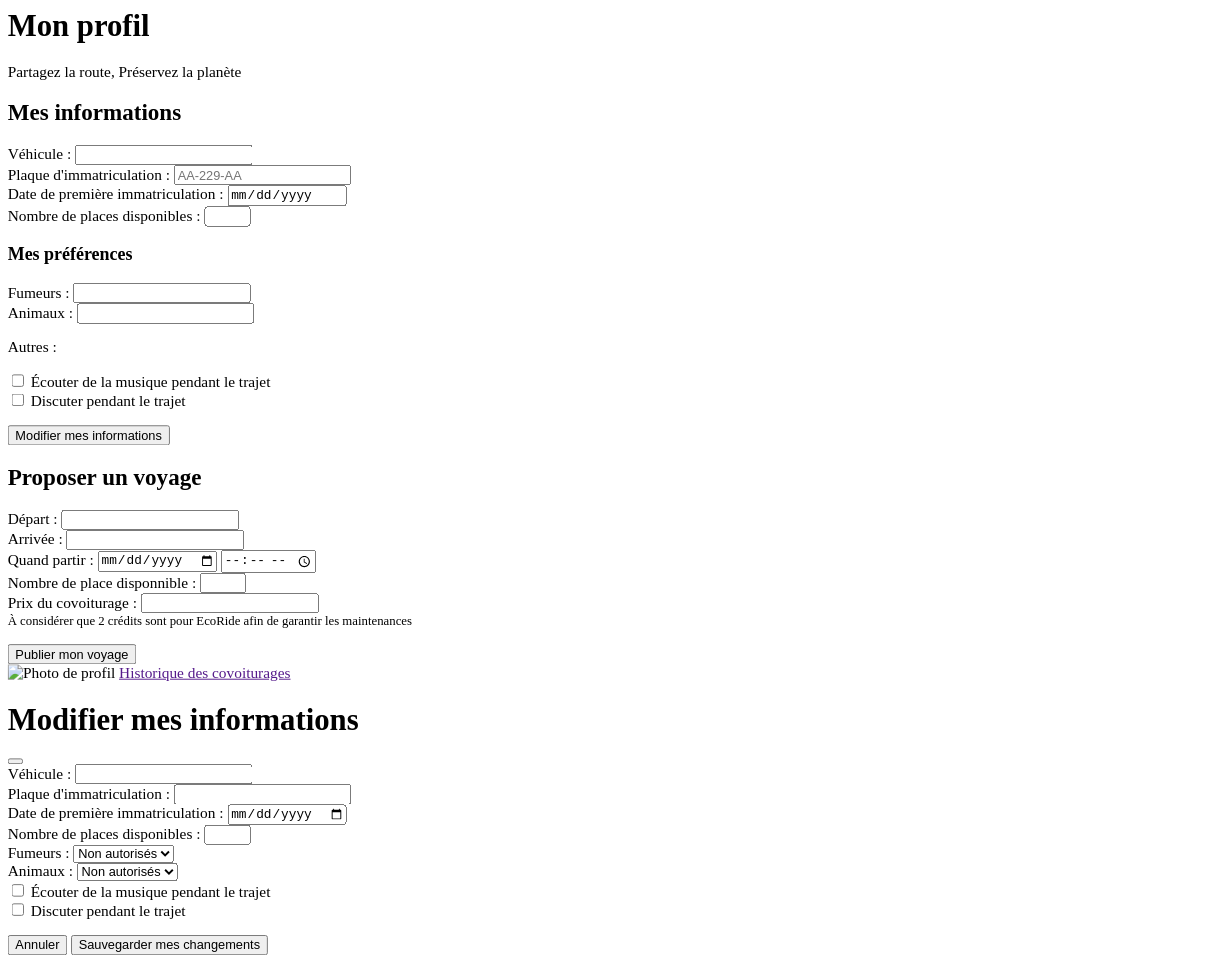
Repository: lemonhao9/ECF
Page: pages/auth/profile.html
These files come from the project's save history. The page is drawn as it stood at one moment and after the next save; the edit follows.
The browser window is 1280 px wide. The pictures show the whole page, at 96% of full size.

Above is the page before, as saved 2025-02-17 15:51:26.

### pages/auth/profile.html
<div class="hero-scene text-center text-secondary">
    <div class="hero-scene-content">
        <h1>Mon profil</h1>
        <p>Partagez la route, Préservez la planète</p>
    </div>
</div>

<div class="container pt-3 mt-2 mb-2 col-md-6 col-lg-4" data-show="driver passengerDriver">
    <div class="card text-center bg-dark text-light row justify-content-center mb-5">
        <div>
            <h2 class="text-secondary pt-3">Mes informations</h2>
        </div>
        <div>
                <form>
                <div class="p-4">
                    <div class="mb-3 ms-5 d-flex align-items-center justify-content-start">
                        <label for="vehiculeInput" class="form-label text-light me-3">Véhicule :</label>
                        <input type="text" class="form-control w-auto me-3" id="vehiculeInput" readonly>
                    </div>
                    <div class="mb-3 ms-5 me-3 d-flex align-items-center justify-content-start">
                        <label for="plaqueInput" class="form-label text-light">Plaque d'immatriculation :</label>
                        <input type="text" class="form-control w-auto ms-3" id="plaqueInput" placeholder="AA-229-AA" readonly>
                    </div>
                    <div class="mb-3 ms-5 d-flex align-items-center justify-content-start">
                        <label for="dateImmatInput" class="form-label text-light">Date de première immatriculation :</label>
                        <input type="date" class="form-control w-auto ms-3" id="dateImmatInput" readonly>
                    </div>
                    <div class="mb-3 ms-5 d-flex align-items-center justify-content-start">
                        <label for="placesDispInput" class="form-label text-light">Nombre de places disponibles :</label>
                        <input type="number" class="form-control w-auto ms-3" id="placesDispInput" min="1" max="5" readonly>
                    </div>
                </div>
                    <div>
                        <h3 class="text-secondary">Mes préférences</h3>
                    </div>
                    <div class="mb-3 d-flex align-items-center justify-content-center">
                        <label for="fumeursInput" class="form-check-label">Fumeurs :</label>
                        <input type="text" class="form-control w-auto ms-3" id="fumeursInput" readonly>
                    </div>
                    <div class="mb-3 d-flex align-items-center justify-content-center">
                        <label for="animauxInput" class="form-check-label">Animaux :</label>
                        <input type="text" class="form-control w-auto ms-3" id="animauxInput" readonly>
                    </div>
                    <p class="text-secondary">Autres :</p>
                    <div class="mb-3">
                        <input type="checkbox" class="form-check-input" id="musicInput">
                        <label for="musicInput" class="form-check-label">Écouter de la musique pendant le trajet</label>
                    </div>
                    <div class="mb-3">
                        <input type="checkbox" class="form-check-input" id="speakInput">
                        <label for="speakInput" class="form-check-label">Discuter pendant le trajet</label>
                    </div>
                  </form>
            <!--Bouton qui déclenche une modal pour modifier les informations de l'utilisateur-->
            <div class="pb-3">
                <button class="btn btn-secondary" data-bs-toggle="modal" data-bs-target="#editmodal">Modifier mes informations</button>
            </div>
        </div>
    </div>
</div>
<div class="container p-4 mb-4 col-md-6 col-lg-4" data-show="driver  passengerDriver">
    <div  class="card text-center bg-dark text-light row justify-content-center mb-5">
        <h2 class="text-secondary pt-3"> Proposer un voyage</h2>
        <form>
            <div class="mb-3  d-flex align-items-center justify-content-center">
                <label for="departInfoInput" class="form-label text-light">Départ :</label>
                <input type="text" class="form-control w-auto ms-3" id="departInfoInput">
            </div>
            <div class="mb-3 d-flex align-items-center justify-content-center">
                <label for="arriveeInfoInput" class="form-label text-light">Arrivée :</label>
                <input type="text" class="form-control w-auto ms-3" id="arriveeInfoInput">
            </div>
            <div class="mb-3 d-flex align-items-center justify-content-center">
                <label for="dateDepartInput" class="form-label text-light">Quand partir :</label>
                <input type="date"class="form-control w-auto ms-3" id="dateDepartInput">
                <input type="time"class="form-control w-auto ms-3" id="dateDepartInput">
            </div>
            <div class="mb-3 d-flex align-items-center justify-content-center">
                <label for="placeDispoInput" class="form-label text-light">Nombre de place disponnible :</label>
                <input type="number" class="form-control w-auto ms-3" id="placeDispoInput" min="1" max="5">
            </div>
            <div class="mb-3 d-flex align-items-center justify-content-center">
                <label for="prixInput" class="form-label text-light">Prix du covoiturage :</label>
                <input type="number" class="form-control w-auto ms-3" id="prixInput" min="2" aria-describedby="creditsInfo">
                <div id="creditsInfo"class="form-text text-light w-auto"><small>À considérer que 2 crédits sont pour EcoRide afin de garantir les maintenances</small>
                </div>
            </div>
        </form>
        <div class="pb-3">
            <button class="btn btn-secondary ">Publier mon voyage</button>
        </div>
    </div>
</div>

<aside>
    <div>
        <img src="" alt="Photo de profil">
        <a href="">Historique des covoiturages</a>
    </div>
</aside>

<!--La modal-->
<div class="modal fade" id="editmodal" data-bs-backdrop="static" data-bs-keyboard="false" tabindex="-1" aria-labelledby="staticBackdropLabel" aria-hidden="true">
    <div class="modal-dialog">
      <div class="modal-content bg-black">
        <div class="modal-header">
          <h1 class="modal-title fs-5 text-secondary" id="staticBackdropLabel">Modifier mes informations</h1>
          <button type="button" class="btn-close" data-bs-dismiss="modal" aria-label="Close"></button>
        </div>
        <div class="modal-body">
          <form>
            <div class="mb-3 d-flex align-items-center justify-content-center">
                <label for="editVehiculeInput" class="form-label text-light">Véhicule :</label>
                <input type="text" class="form-control w-50 ms-3" id="editVehiculeInput">
            </div>
            <div class="mb-3 d-flex align-items-center justify-content-center">
                <label for="editPlaqueInput" class="form-label text-light">Plaque d'immatriculation :</label>
                <input type="text" class="form-control w-25 ms-3" id="editPlaqueInput">
            </div>
            <div class="mb-3 d-flex align-items-center justify-content-center">
                <label for="editDateImmatInput" class="form-label text-light">Date de première immatriculation :</label>
                <input type="date" class="form-control w-25 ms-3" id="editDateImmatInput">
            </div>
            <div class="mb-3 d-flex align-items-center justify-content-center">
                <label for="editPlacesDispInput" class="form-label text-light">Nombre de places disponibles :</label>
                <input type="number" class="form-control w-25 ms-3" id="editPlacesDispInput" min="1" max="5">
            </div>
            <div class="mb-3 d-flex align-items-center justify-content-center">
                <label for="editFumeursInput" class="form-check-label text-light me-3">Fumeurs :</label>
                        <select name="fumeurs" id="editFumeursInput">
                            <option value="smokeBanned" >Non autorisés</option>
                            <option value="smokeAuthorised">Autorisés</option>
                        </select>
            </div>
            <div class="mb-3 d-flex align-items-center justify-content-center">
                <label for="editAnimauxInput" class="form-check-label text-light me-3">Animaux :</label>
                        <select name="animaux" id="editAnimauxInput">
                            <option value="anxBanned" >Non autorisés</option>
                            <option value="anxAuthorised">Autorisés</option>
                        </select>
            </div>
            <div class="mb-3">
                <input type="checkbox" class="form-check-input" id="editMusicInput">
                <label for="editMusicInput" class="form-check-label text-light">Écouter de la musique pendant le trajet</label>
            </div>
            <div class="mb-3">
                <input type="checkbox" class="form-check-input" id="editSpeakInput">
                <label for="editSpeakInput" class="form-check-label text-light">Discuter pendant le trajet</label>
            </div>
          </form>
        </div>
        <div class="modal-footer">
          <button type="button" class="btn btn-secondary" data-bs-dismiss="modal">Annuler</button>
          <button type="button" class="btn btn-primary" id="saveInfo">Sauvegarder mes changements</button>
        </div>
      </div>
    </div>
</div>

After the next save:
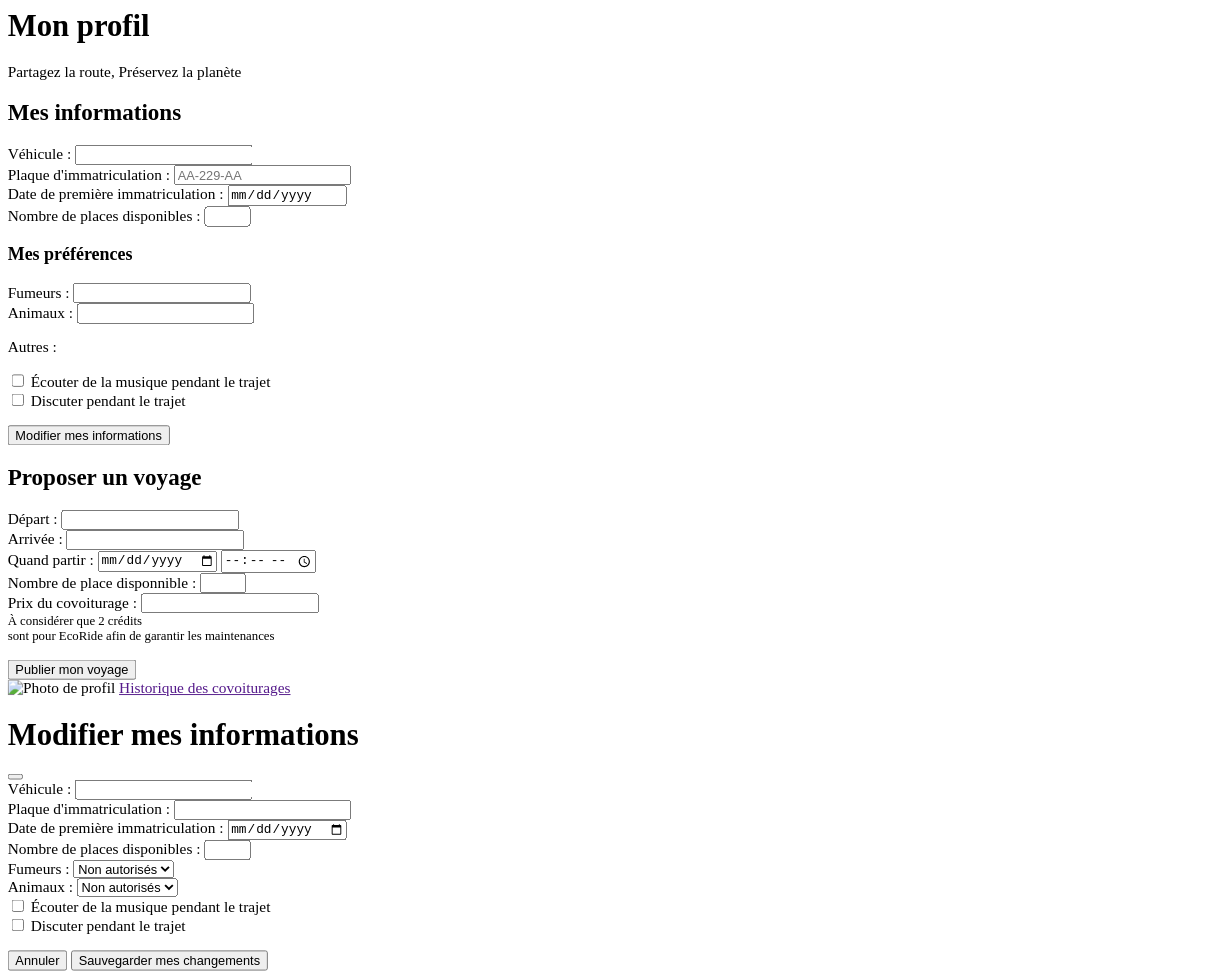
Saved 22 s later.
--- a/pages/auth/profile.html
+++ b/pages/auth/profile.html
@@ -82,7 +82,7 @@
             <div class="mb-3 d-flex align-items-center justify-content-center">
                 <label for="prixInput" class="form-label text-light">Prix du covoiturage :</label>
                 <input type="number" class="form-control w-auto ms-3" id="prixInput" min="2" aria-describedby="creditsInfo">
-                <div id="creditsInfo"class="form-text text-light w-auto"><small>À considérer que 2 crédits sont pour EcoRide afin de garantir les maintenances</small>
+                <div id="creditsInfo"class="form-text text-light w-auto"><small>À considérer que 2 crédits <br> sont pour EcoRide afin de garantir les maintenances</small>
                 </div>
             </div>
         </form>
